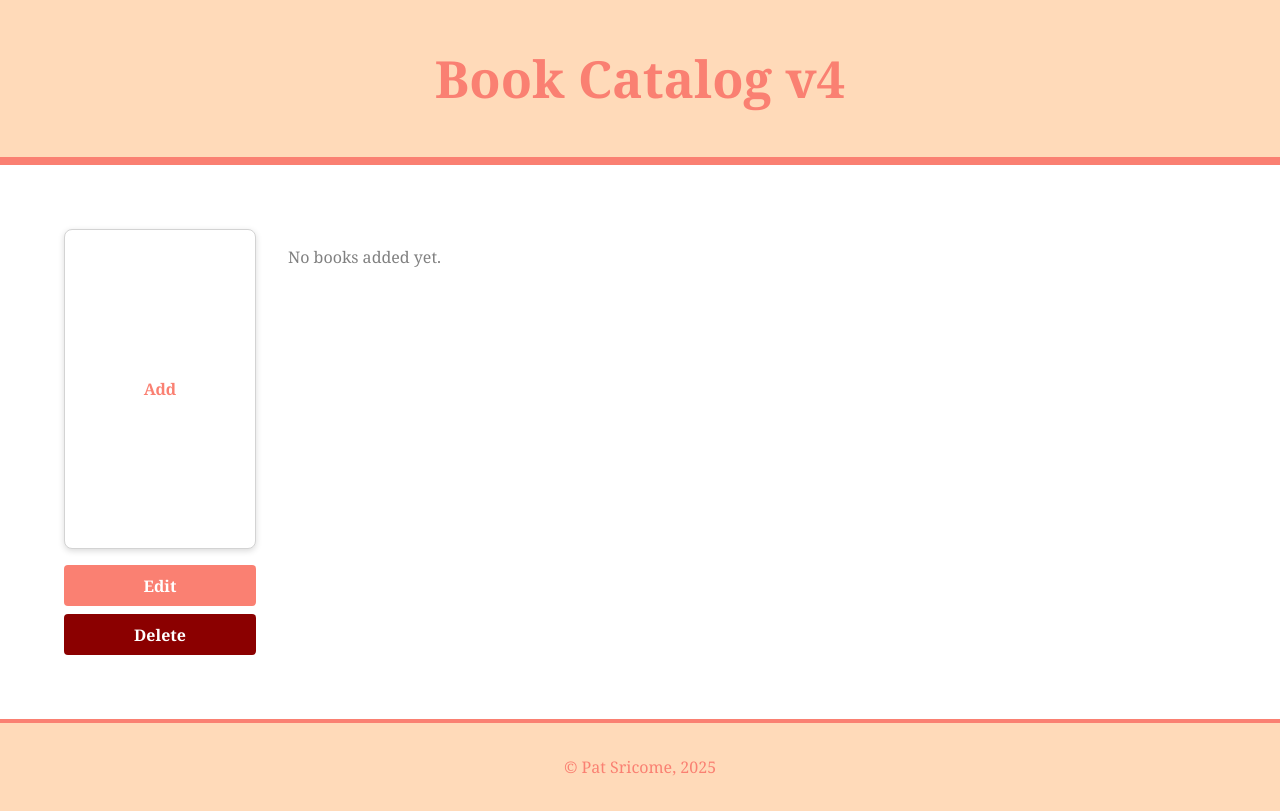
Repository: patcha-d3/book-catalog-v5
Page: /
An editor plug-in stored every save of this project. The page is shown before and after the next save, followed by the edit.
The browser window is 1280 px wide. The pictures show the whole page.
The pointer rests on the first visible `.button-update`.
The project was rebuilt for these pictures with package versions that can differ from the ones it lists, and the page was loaded fresh each time. Also part of the build but not shown: vite.config.js, src/book.jsx.

Above is the page before, as saved 2025-10-14 20:41:57.

### index.html
<!DOCTYPE html>
<html lang="en">
  <head>
    <meta charset="UTF-8" />
    <link rel="icon" type="image/svg+xml" href="/vite.svg" />
    <meta name="viewport" content="width=device-width, initial-scale=1.0" />
    <title>Pat's Rendering lists</title>
  </head>
  <body>
    <div id="root"></div>
    <script type="module" src="/src/main.jsx"></script>
  </body>
</html>

### src/App.jsx
// App.jsx
import { useState } from "react";
import "./App.css";
import Modal from "./components/Modal.jsx";
import AddBook from "./components/AddBook.jsx";
import Book from "./book.jsx";

function App() {
  // เริ่มต้นไม่มีหนังสือ
  const [books, setBooks] = useState([]);

  // toggle การเลือก (เลือกได้ทีละเล่ม)
  const toggleSelect = (isbn13) => {
    setBooks((prev) =>
      prev.map((book) =>
        book.isbn13 === isbn13
          ? { ...book, selected: !book.selected }
          : { ...book, selected: false }
      )
    );
  };

  // 🟢 เพิ่มหนังสือใหม่
  const handleAddBook = (newBook) => {
    const withDefaults = {
      ...newBook,
      isbn13: crypto.randomUUID(),
      selected: false,
      image: newBook.image || "https://via.placeholder.com/150x200?text=Book",
      price: newBook.price || "$0.00",
      url: newBook.url || "#",
    };
    setBooks((prev) => [...prev, withDefaults]);
  };

  // 🔴 ลบหนังสือที่เลือก
  const handleDeleteBook = () => {
    const selectedBook = books.find((b) => b.selected);
    if (!selectedBook) {
      alert("Please select a book to delete.");
      return;
    }
    setBooks((prev) => prev.filter((b) => b.isbn13 !== selectedBook.isbn13));
  };

  // 🟠 Update placeholder
  const handleUpdateBook = () => {
    const selectedBook = books.find((b) => b.selected);
    if (!selectedBook) {
      alert("Please select a book to update.");
      return;
    }
    alert("Update feature coming soon!");
  };

  return (
    <div className="app">
      <header className="app-header">
        <h1>Book Catalog v4</h1>
      </header>

      <main className="content">
        {/* --- ด้านซ้าย: Add / Update / Delete --- */}
        <div className="content-add">
          {/* ปุ่ม Add + modal */}
          <Modal btnLabel="Add" btnClassName="button-add">
            <AddBook onAdd={handleAddBook} />
          </Modal>

          {/* ปุ่ม Update / Delete */}
          <div className="action-buttons">
            <button className="button-update" onClick={handleUpdateBook}>
              Edit
            </button>
            <button className="button-delete" onClick={handleDeleteBook}>
              Delete
            </button>
          </div>
        </div>

        {/* --- ด้านขวา: แสดงหนังสือ --- */}
        <BookTile books={books} onSelect={toggleSelect} />
      </main>

      <footer className="footer">
        <p>© Pat Sricome, 2025</p>
      </footer>
    </div>
  );
}

// 🟣 Component แสดงหนังสือ
function BookTile({ books, onSelect }) {
  if (books.length === 0) {
    return (
      <div className="content-books">
        <p style={{ color: "gray" }}>No books added yet.</p>
      </div>
    );
  }

  return (
    <div className="content-books">
      {books.map((book) => (
        <Book
          key={book.isbn13}
          title={book.title}
          author={book.author}
          image={book.image}
          price={book.price}
          url={book.url}
          selected={book.selected}
          onSelect={() => onSelect(book.isbn13)}
        />
      ))}
    </div>
  );
}

export default App;

### src/App.css
* {
  font-family: Georgia, "Times New Roman", Times, serif;
}

*,
*::before,
*::after {
  box-sizing: border-box;
}

html {
  display: flex;
  flex-direction: column;
  margin: auto;
  background-color: white;
}

html,
body {
  margin: 0;
  padding: 0;
  background-color: white; /* พื้นหลังขาวล้วน */
}

.content > * {
  margin: 0;
}

.app {
  display: flex;
  flex-direction: column;
  min-height: 100vh; /* ให้ container สูงเต็มหน้าจอ */
  background-color: white;
}

.app-header {
  position: relative;
  top: 0;
  left: 0;
  z-index: 1000;
  width: 100vw;
  background-color: peachpuff;
  color: salmon;
  padding: 1em;
  border-bottom: 8px solid salmon;
  text-align: center;
}

.content {
  flex: 1;
  display: flex;
  flex-direction: row;
  gap: 2em;
  padding: 4em;
  background-color: white;
}

.content-add {
  flex: 0 0 auto;
}

.action-buttons {
  display: flex;
  flex-direction: column;
  gap: 0.5em;
  margin-top: 1em;
  width: 100%;
}

.button-add,
.card-book {
  display: flex;
  flex-direction: column;
  justify-content: center;
  align-items: center;
  min-width: 12em;
  height: 20em;
  border: 1px solid lightgrey;
  border-radius: 0.5em;
  background-color: #fff;
  transition: background-color 0.3s ease, color 0.3s ease;
}

.button-add {
  color: salmon;
  font-weight: bold;
}

.button-add h2 {
  font-size: 1.2em;
  font-weight: normal;
  color: grey;
}

.button-add:hover {
  background-color: salmon;
  color: white;
  border-color: salmon;
  font-weight: bold;
}

.button-add:hover h2 {
  color: white; /* make text readable on blue */
}

.content-books {
  display: flex;
  flex-wrap: wrap;
  justify-content: flex-start;
  gap: 2em;
  flex: 1;
}

.card-book div {
  margin: 0 auto;
}

.card-book {
  position: relative; /* ให้ปุ่ม x ยึดกับกรอบ card */
  display: flex;
  flex-direction: column;
  max-width: 12em;
  height: 20em;
  padding: 0.5em;
  border-radius: 0.5em;
  text-align: center;
  color: grey;
  background-color: white;
  overflow: hidden;
}

.card-book-image {
  flex: 0 0 auto;
  display: grid;
  place-items: center;
  max-width: 100%;
  max-height: 100%;
  margin: 0 auto;
}

.card-book-image img {
  width: 100%;
  height: 100%;
  object-fit: contain;
}

.card-book-body {
  display: flex;
  flex-direction: column;
  flex: 1; /* stretch body to take all available space */
}

.card-book-price {
  font-weight: bold;
  margin: 0.5em 0;
  color: #333;
}

.link-button {
  margin-top: auto; /* push button to bottom */
  width: 100%;
  background-color: salmon;
  color: white;
  padding: 0.5em 2.4em;
  text-align: center;
  text-decoration: none;
  font-weight: bold;
  border-radius: 8px;
  transition: background-color 0.3s ease, color 0.3s ease;
}

.link-button::hover {
  background-color: white;
  color: salmon;
}

@media (max-width: 480px) {
  .button-add,
  .card-book {
    max-width: 100%;
  }
}

.footer {
  bottom: 0;
  text-align: center;
  width: 100vw;
  background-color: peachpuff;
  color: salmon;
  padding: 1em;
  border-top: 4px solid salmon;
  margin-top: auto;
}

.card-book,
.button-add {
  box-shadow: 0 2px 6px rgba(0, 0, 0, 0.15);
  transition: box-shadow 0.3s ease, transform 0.3s ease;
}

.card-book:hover,
.button-add:hover {
  box-shadow: 0 4px 12px rgba(0, 0, 0, 0.35);
  transform: translateY(-5px);
}

.book-card span {
  display: inline-block;
  margin-left: 8px;
  font-weight: bold;
  cursor: pointer;
  color: red;
}

.btn-remove {
  font-family: Arial, Helvetica, sans-serif;
  position: absolute;
  top: 0;
  right: 0;
  display: inline-block;
  padding: 0 0.5em;
  background: #eee;
  cursor: pointer;
}

.btn-remove:hover {
  background: #db4141;
  color: white;
}

.form-container {
  padding: 0 3em;

  > form {
    padding: 2em;

    button {
      margin-left: 10em;
    }
  }
  .form-control {
    label {
      display: inline-block;
      width: 10em;
    }
    margin: 1em 0;
  }
}

dialog {
  background-color: white;
  color: #333;
}

dialog form {
  background-color: white;
  color: #333;
}

.card-book.selected {
  border: 3px solid salmon;
  transform: scale(1.02);
}

.book-title {
  font-size: 1rem;
  font-weight: bold;
  color: #333;
  margin: 0.5em 0 0 0;
}

.book-author {
  font-size: 0.9rem;
  color: #666;
  margin: 0.25em 0;
}

.button-update,
.button-delete {
  width: 100%;
  padding: 0.6em 0;
  font-weight: bold;
  border: none;
  color: white;
  cursor: pointer;
  border-radius: 4px;
}

.button-update {
  background-color: salmon;
}

.button-delete {
  background-color: darkred;
}

### src/components/Modal.jsx
import { useRef } from "react";

function Modal({ btnLabel, children, btnClassName }) {
  const modalRef = useRef();

  const openModal = () => modalRef.current.showModal();
  const closeModal = () => modalRef.current.close();

  return (
    <>
      <button onClick={openModal} className={btnClassName}>
        {btnLabel}
      </button>

      {/* ✅ ไม่มี <form> ครอบอีกแล้ว */}
      <dialog ref={modalRef}>
        <button
          onClick={closeModal}
          style={{
            position: "absolute",
            top: "10px",
            right: "10px",
            background: "transparent",
            border: "none",
            fontSize: "1.2rem",
            cursor: "pointer",
          }}
        >
          ✕
        </button>

        {/* ✅ render children ตรง ๆ (ซึ่งคือ <AddBook>) */}
        {children}
      </dialog>
    </>
  );
}

export default Modal;

### src/components/AddBook.jsx
import { useState } from "react";

function AddBook({ onAdd }) {
  const [formData, setFormData] = useState({
    title: "",
    author: "",
    publisher: "",
    year: "",
    language: "",
    pages: "",
    url: "",
  });

  const handleChange = (e) => {
    const { name, value } = e.target;
    setFormData((prev) => ({
      ...prev,
      [name]: value,
    }));
  };

  const handleSubmit = (e) => {
    e.preventDefault();

    if (!formData.title || !formData.author) {
      alert("Please enter at least a title and author.");
      return;
    }

    // ✅ ส่งข้อมูลกลับไป App.jsx
    onAdd(formData);

    // ✅ รีเซ็ตค่า
    setFormData({
      title: "",
      author: "",
      publisher: "",
      year: "",
      language: "",
      pages: "",
      url: "",
    });

    // ✅ ปิด dialog
    const dialog = document.querySelector("dialog");
    if (dialog) dialog.close();
  };

  return (
    <div className="form-container">
      <h2>Add New Book</h2>
      <form onSubmit={handleSubmit} className="modal-form">
        <div className="form-row">
          <label>Title</label>
          <input
            name="title"
            value={formData.title}
            onChange={handleChange}
            placeholder="Book title"
          />
        </div>

        <div className="form-row">
          <label>Author</label>
          <input
            name="author"
            value={formData.author}
            onChange={handleChange}
            placeholder="Author name"
          />
        </div>

        <div className="form-row">
          <label>Publisher</label>
          <input
            name="publisher"
            value={formData.publisher}
            onChange={handleChange}
            placeholder="Publisher"
          />
        </div>

        <div className="form-row">
          <label>Publication Year</label>
          <input
            name="year"
            type="number"
            value={formData.year}
            onChange={handleChange}
            placeholder="Publication Year"
          />
        </div>

        <div className="form-row">
          <label>Language</label>
          <input
            name="language"
            value={formData.language}
            onChange={handleChange}
            placeholder="Language"
          />
        </div>

        <div className="form-row">
          <label>Pages</label>
          <input
            name="pages"
            type="number"
            value={formData.pages}
            onChange={handleChange}
            placeholder="Pages"
          />
        </div>

        <div className="form-row">
          <label>Url Link (cover image)</label>
          <input
            name="url"
            value={formData.url}
            onChange={handleChange}
            placeholder="e.g. https://example.com"
          />
        </div>

        <div className="modal-buttons">
          <button type="submit" className="btn primary">
            Save
          </button>
          <button
            type="button"
            onClick={() => {
              const dialog = document.querySelector("dialog");
              if (dialog) dialog.close();
            }}
          >
            Cancel
          </button>
        </div>
      </form>
    </div>
  );
}

export default AddBook;

Loaded but not shown: src/main.jsx (common file); src/index.css (common file)

After the next save:
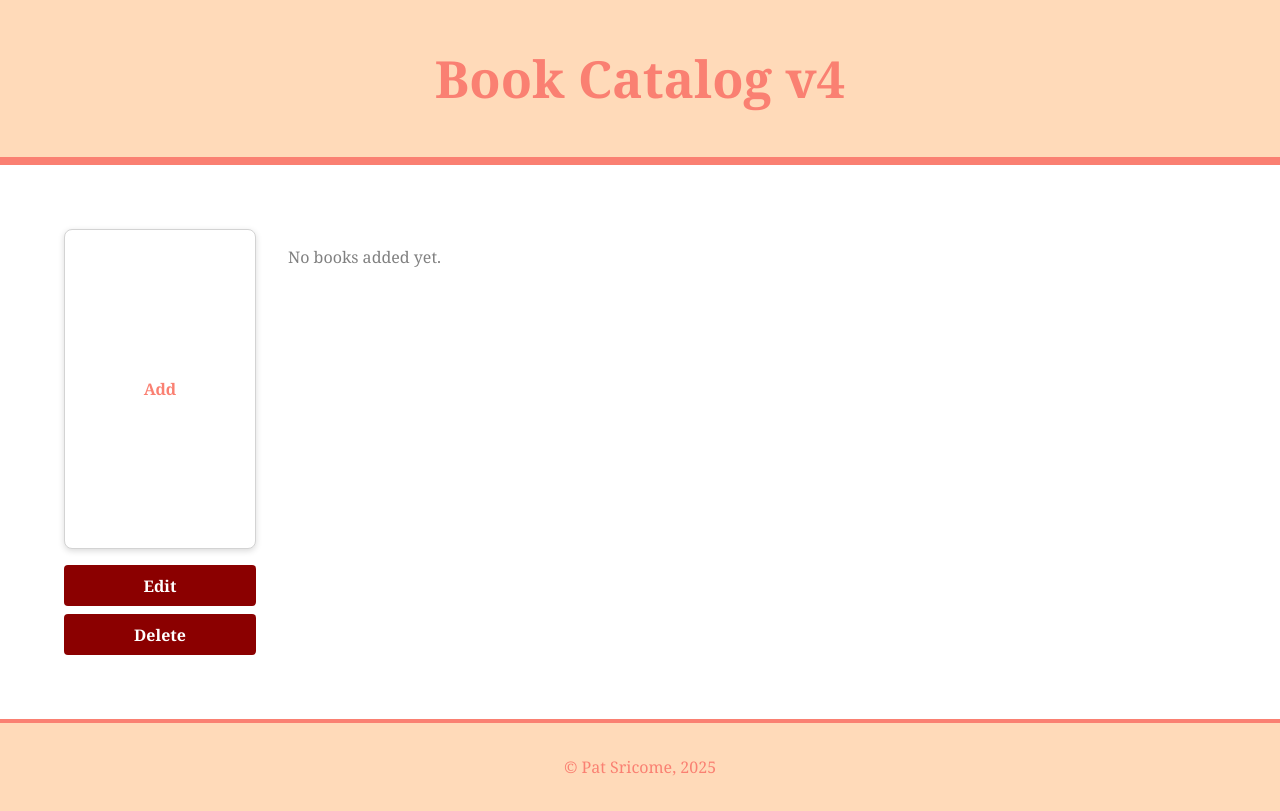
Saved 24 s later.
--- a/src/App.css
+++ b/src/App.css
@@ -290,6 +290,10 @@ dialog form {
   background-color: salmon;
 }
 
+.button-update:hover {
+  background-color: darkred;
+}
+
 .button-delete {
   background-color: darkred;
 }
